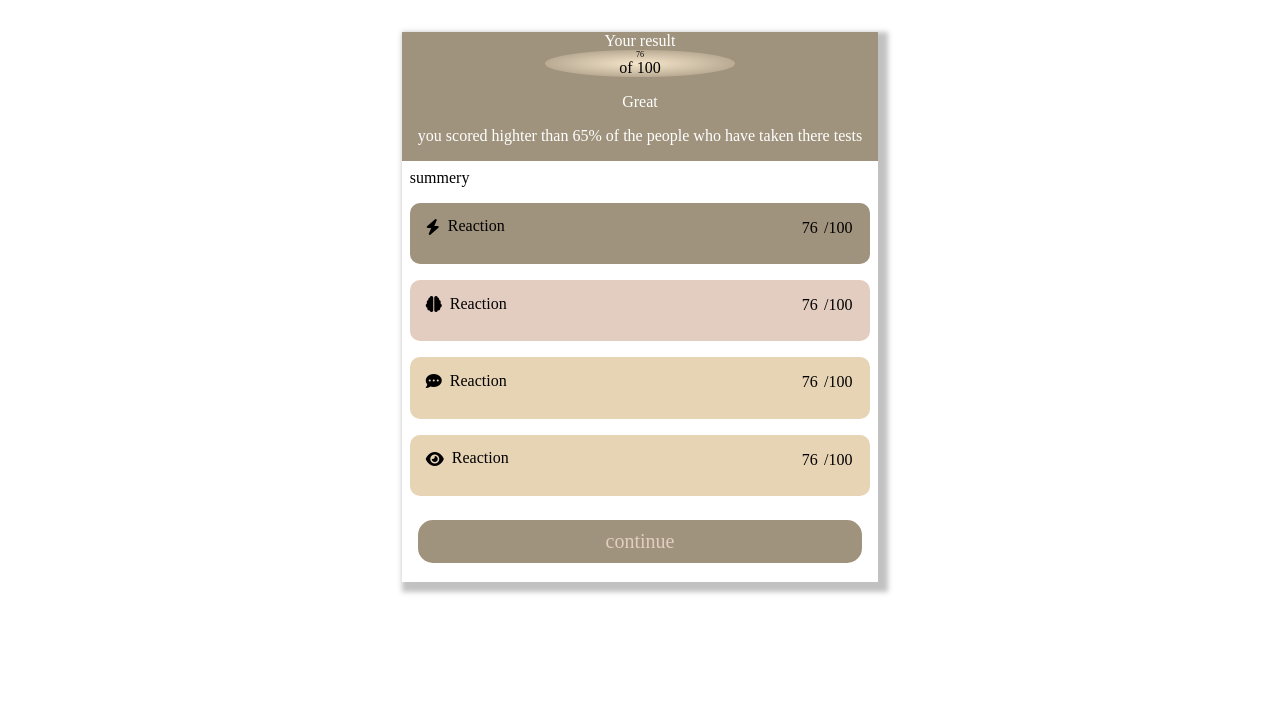
Repository: rahanwz/Card2-raha
Page: card2.html
The author's editor kept a copy of each file at every save. The page is drawn from the files as they stood at one save, then again after a run of saves.
The browser window is 1280 px wide. The pictures show the whole page.
Some web libraries are served in a nearby version.

Above is the page before, as saved 2024-02-21 16:02:14.

### card2.html
<!DOCTYPE html>
<html lang="en">
  <head>
    <meta charset="UTF-8" />
    <meta name="viewport" content="width=device-width, initial-scale=1.0" />
    <title>Document</title>
    <link rel="stylesheet" href="card2.css" />
    <script src="https://kit.fontawesome.com/7f69033cb8.js" crossorigin="anonymous"></script>
  </head>
  <body>
    <div class="container">
      <div class="card_container">
        <div class="top_card">
          <p style="color: #fff">Your result</p>
          <div class="present">
            <p>76</p>
            <p>of 100</p>
          </div>
          <p style="padding-top: 1rem; color: #fff">Great</p>
          <p class="describ" style="color: #fff">
            you scored highter than 65% of the people who have taken there tests
          </p>
        </div>
        <div class="bottom_card">
          <p>summery</p>
          <div class="box box1">
            <p
              style="
                border-top-left-radius: 10px;
                border-bottom-left-radius: 10px;
              "
            >
             <i class="fa-solid fa-bolt"></i> <span style="padding-top: .4rem;">Reaction</span>
            </p>
            <div class="number">
              <p
                style="
                  border-top-right-radius: 10px;
                  border-bottom-right-radius: 10px;
                  padding-top: 1rem;
                "
              >
                <span style="width: 50%; padding: 1rem; margin-top: -1rem"
                  >76</span
                ><span>/</span>100
              </p>
            </div>
          </div>
          <div class="box box2">
            <p
              style="
                border-top-left-radius: 10px;
                border-bottom-left-radius: 10px;

              "
            >
              <i class="fa-solid fa-brain icon"></i><span style="padding-top: .4rem;">Reaction</span>
            </p>
            <div class="number">
              <p
                style="
                  border-top-right-radius: 10px;
                  border-bottom-right-radius: 10px;
                   padding-top: 1rem;
                "
              >
                <span style="width: 50%; padding: 1rem; margin-top: -1rem"
                  >76</span
                ><span>/</span>100
              </p>
            </div>
          </div>

          <div class="box box3">
            <p
              style="
                border-top-left-radius: 10px;
                border-bottom-left-radius: 10px;

              "
            >
              <i class="fa-solid fa-comment-dots"></i> <span style="padding-top: .4rem;">Reaction</span>
            </p>
            <div class="number">
              <p
                style="
                  border-top-right-radius: 10px;
                  border-bottom-right-radius: 10px;
                   padding-top: 1rem;
                "
              >
                <span style="width: 50%; padding: 1rem; margin-top: -1rem"
                  >76</span
                ><span>/</span>100
              </p>
            </div>
          </div>
          <div class="box box3">
            <p
              style="
                border-top-left-radius: 10px;
                border-bottom-left-radius: 10px;

              "
            >
              <i class="fa-solid fa-eye"></i> <span style="padding-top: .4rem;">Reaction</span>
            </p>
            <div class="number">
              <p
                style="
                  border-top-right-radius: 10px;
                  border-bottom-right-radius: 10px;
                   padding-top: 1rem;
                "
              >
                <span style="width: 50%; padding: 1rem; margin-top: -1rem"
                  >76</span
                ><span>/</span>100
              </p>
            </div>
          </div>
        </div>
        <div class="box5">
          <a href="#">continue</a>
        </div>
      </div>
    </div>
  </body>
</html>

### card2.css
* {
  padding: 0;
  margin: 0;
  box-sizing: border-box;
}
body {
  display: flex;
  justify-content: center;
}
.container {
  padding: 2rem;
}
.card_container {
  box-shadow: 5px 5px 5px 5px #3e3e3e51;
}

.card_container {
  text-align: center;
  width: 100%;
}

.top_card :first-child {

}
.present :first-child {
  font-size: .5rem;

}

.present {
  height: 100%;
  width: 40%;
  border-radius: 100%;
  background: radial-gradient(#f6e6cb, #a0937d);
  margin: auto;
}

.describ {
  padding: 1rem;
}

.top_card {
  background-color: #a0937d;
}

.bottom_card :first-child {
  padding: 0.5rem;
  display: flex;
}

.bottom_card .box {
  display: flex;
  padding: 0.5rem;
}

.box1 p {
  background-color: #a0937d;
  width: 100%;
  height: 8.5vh;
  padding-right: 1rem;
}

.box2 p {
  background: #e3cdc1;
  width: 100%;
  height: 8.5vh;
  padding-right: 1rem;
}
.box3 p {
  background: #e7d4b5;
  padding-right: 1rem;
  width: 100%;
  height: 8.5vh;
}
.box4 p {
  background: #f6e6cb;
  width: 100%;
  height: 8.5vh;
  padding-right: 1rem;
}

.number {
  display: flex;
}

a {
  align-items: center;
  height: 6vh;
  display: flex;
  margin: 1rem;
  justify-content: center;
  background-color: #a0937d;
  text-decoration: none;
  border-radius: 15px;
  font-size: 20px;
  color: #e3cdc1;
}

.box5 {
  height: 8.6vh;
  padding: auto;
}

After the next 2 saves:
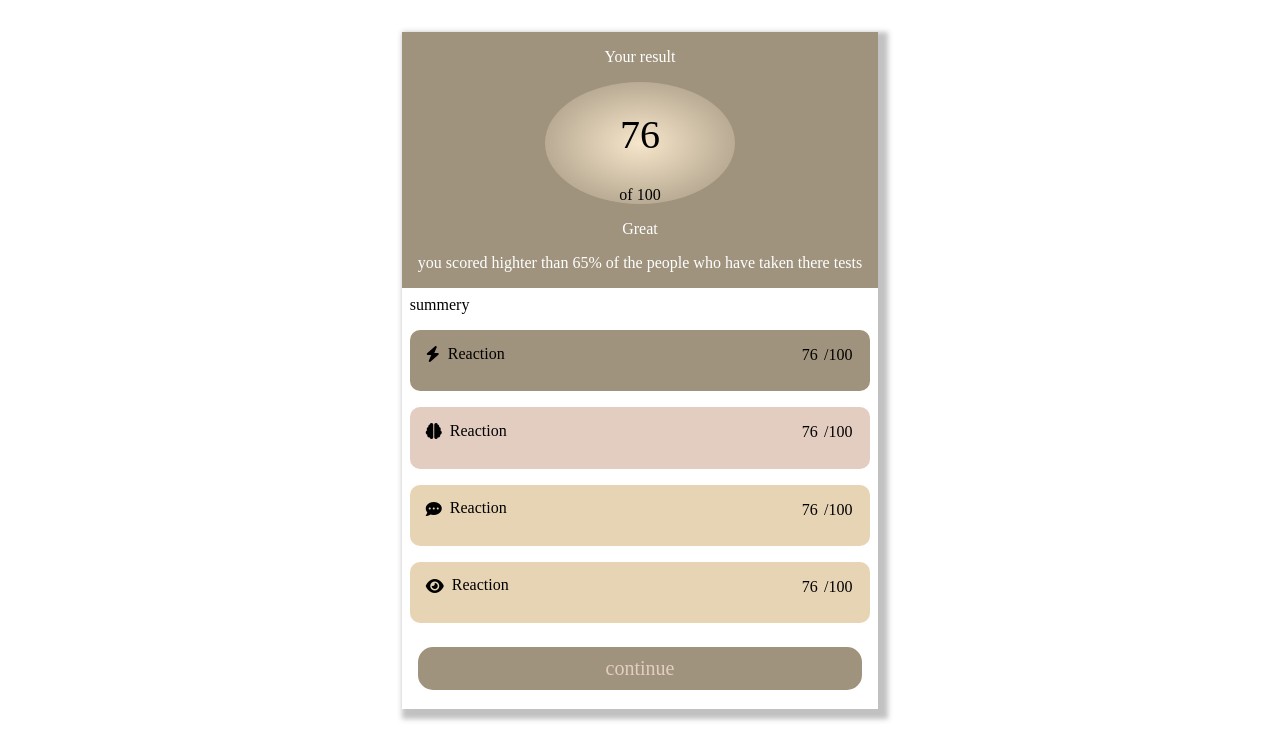
The 2 saves are shown as one change because they came seconds apart.
The last was saved 11 s later.
--- a/card2.css
+++ b/card2.css
@@ -20,11 +20,11 @@ body {
 }
 
 .top_card :first-child {
-
+  padding: 1rem;
 }
 .present :first-child {
-  font-size: .5rem;
-
+  font-size: 2.5rem;
+  padding: 15%;
 }
 
 .present {
